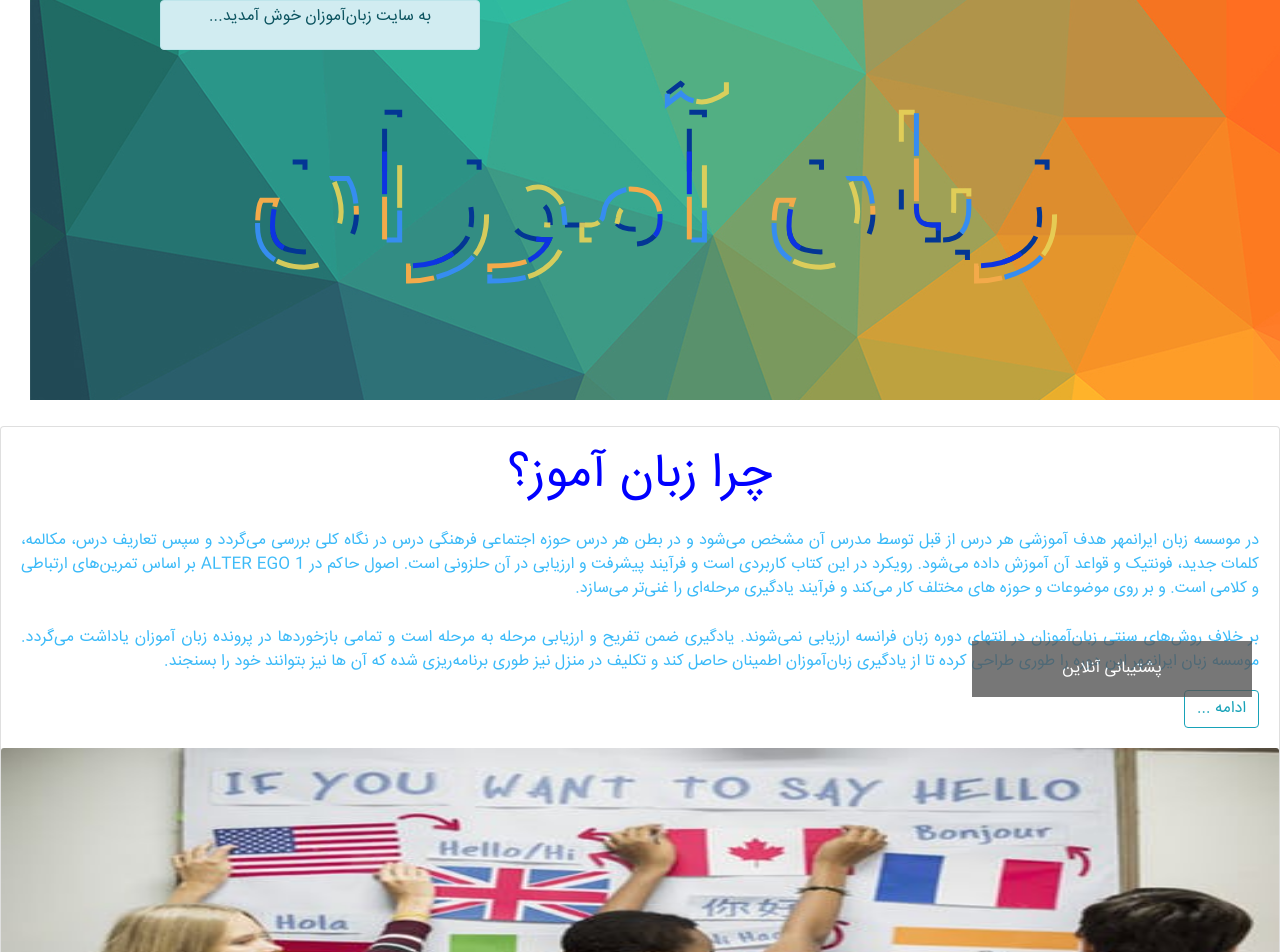
Repository: nikmahla/ZabanAmozan
Page: LanguageWebSite.html
An editor plug-in stored every save of this project. The page is shown before and after a run of saves, followed by the edit.
The browser window is 1280 px wide. The pictures show the part of the page from y = 0 to 952 px (the page is 3961 px tall).
A picture or video elsewhere on the page could not be fetched, so the positions and the page height are approximate.

Above is the page before, as saved 2019-10-11 22:01:45.

After the next 2 saves:
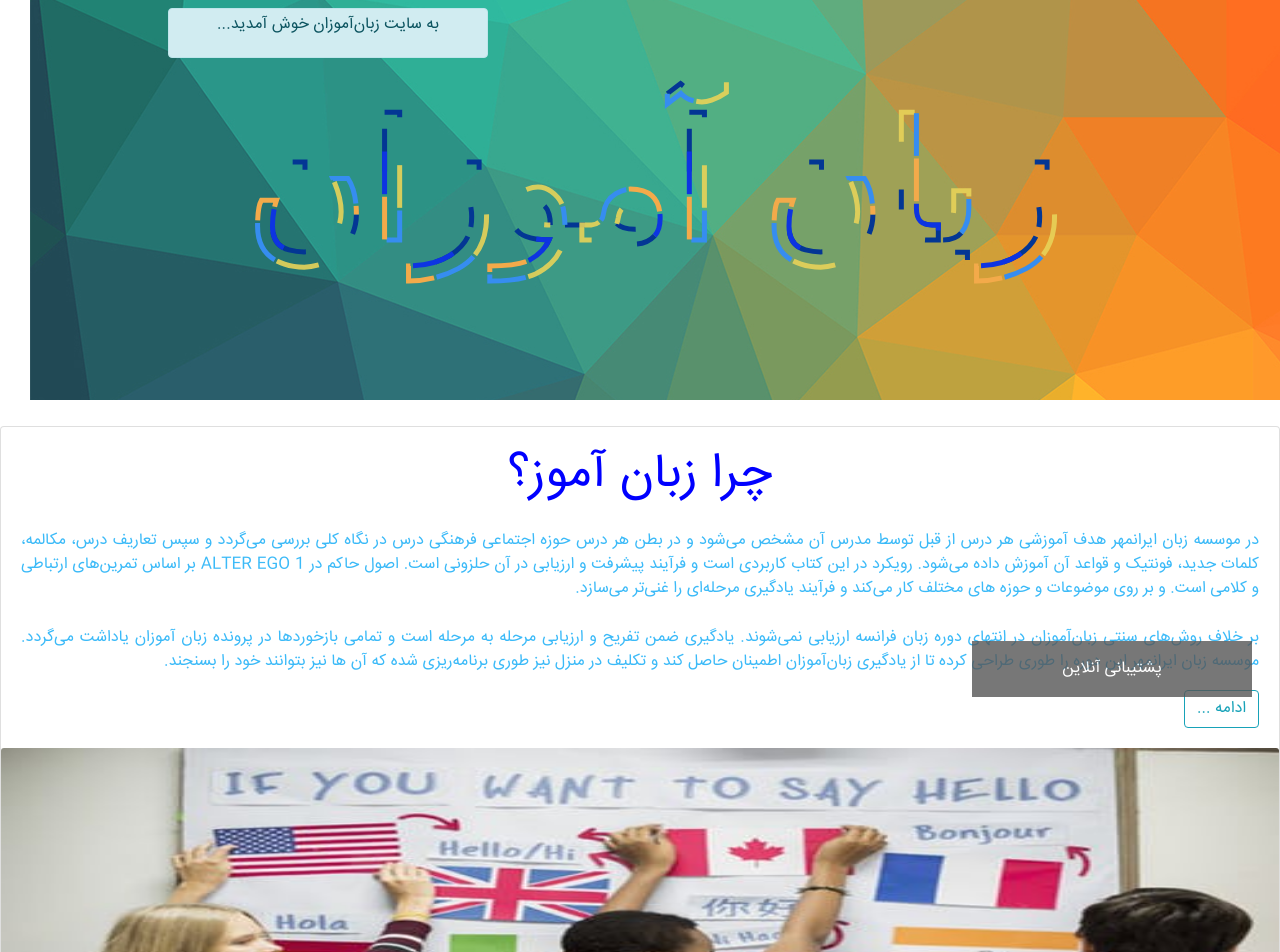
The 2 saves are shown as one change because they came seconds apart.
The last was saved 14 s later.
--- a/LanguageWebSite.html
+++ b/LanguageWebSite.html
@@ -29,7 +29,7 @@
         </svg>
     </div>
 
-    <div id="alert" class="alert alert-info p-1 ">
+    <div id="alert" class="alert alert-info p-1 m-2">
         <p class="text-center">به سایت زبان‌آموزان خوش آمدید...</p>
     </div>
 
